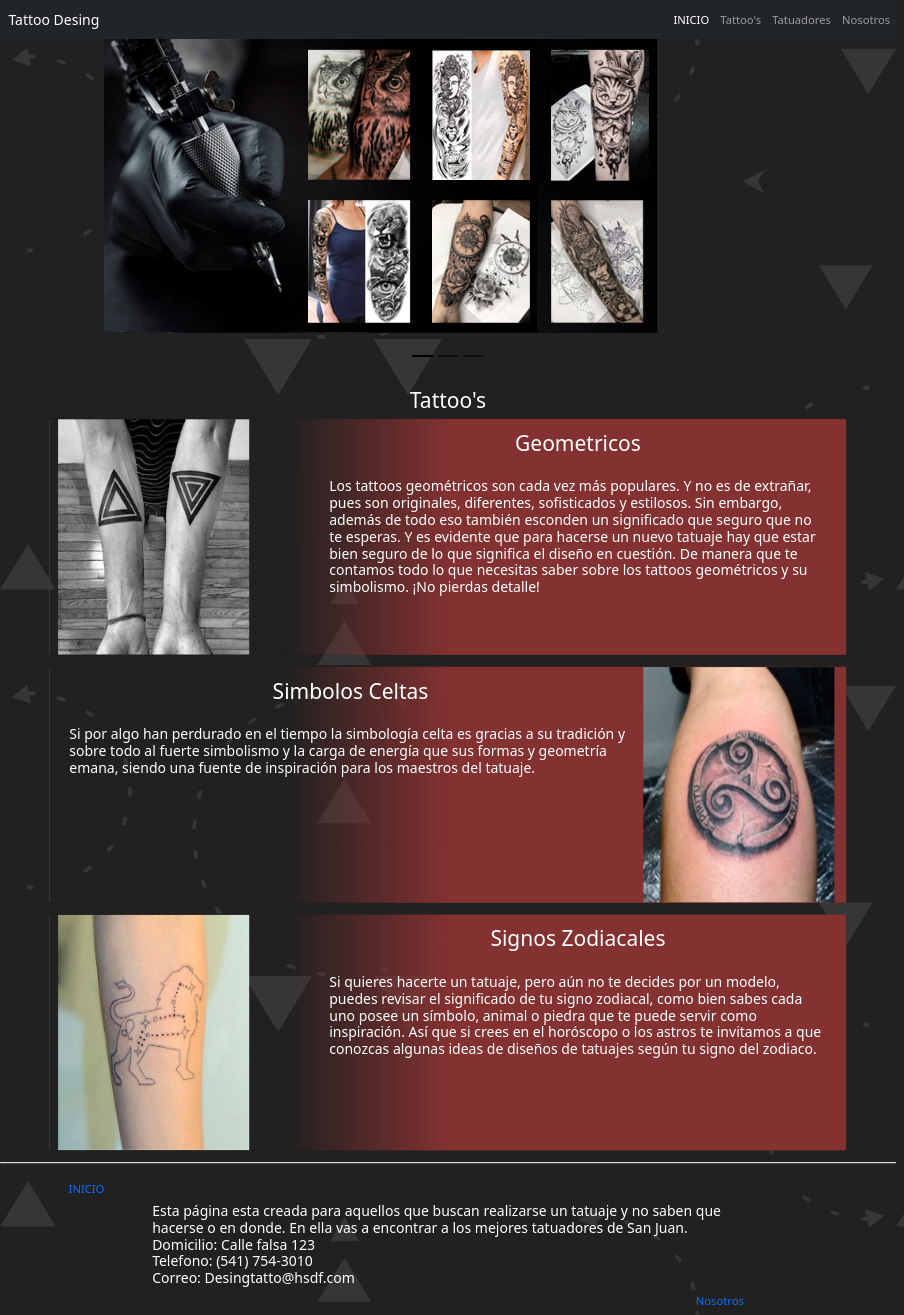
Repository: Vladimir-22/TatooDesign
Page: index.html
An editor plug-in stored every save of this project. The page is shown before and after the next save, followed by the edit.
The browser window is 1280 px wide. The page is 1292 px wide, so the pictures cover 1292 px, including what lies to the right of the window. The pictures show the whole page, at 70% of full size.
Some web libraries are served in a nearby version.

Above is the page before, as saved 2021-05-19 22:57:25.

### index.html
<!DOCTYPE html>
<html lang="es">
  <head>
    <meta charset="UTF-8" />
    <meta http-equiv="X-UA-Compatible" content="IE=edge" />
    <meta name="viewport" content="width=device-width, initial-scale=1.0" />
    <link
      href="https://cdn.jsdelivr.net/npm/bootstrap@5.0.0-beta3/dist/css/bootstrap.min.css"
      rel="stylesheet"
      integrity="sha384-eOJMYsd53ii+scO/bJGFsiCZc+5NDVN2yr8+0RDqr0Ql0h+rP48ckxlpbzKgwra6"
      crossorigin="anonymous"
    />
    <script
      src="https://cdn.jsdelivr.net/npm/bootstrap@5.0.0-beta3/dist/js/bootstrap.bundle.min.js"
      integrity="sha384-JEW9xMcG8R+pH31jmWH6WWP0WintQrMb4s7ZOdauHnUtxwoG2vI5DkLtS3qm9Ekf"
      crossorigin="anonymous"
    ></script>
    <script
      src="https://cdn.jsdelivr.net/npm/bootstrap@5.0.0-beta3/dist/js/bootstrap.bundle.min.js"
      integrity="sha384-JEW9xMcG8R+pH31jmWH6WWP0WintQrMb4s7ZOdauHnUtxwoG2vI5DkLtS3qm9Ekf"
      crossorigin="anonymous"
    ></script>
    <script
      src="https://cdn.jsdelivr.net/npm/@popperjs/core@2.9.1/dist/umd/popper.min.js"
      integrity="sha384-SR1sx49pcuLnqZUnnPwx6FCym0wLsk5JZuNx2bPPENzswTNFaQU1RDvt3wT4gWFG"
      crossorigin="anonymous"
    ></script>
    <script
      src="https://cdn.jsdelivr.net/npm/bootstrap@5.0.0-beta3/dist/js/bootstrap.min.js"
      integrity="sha384-j0CNLUeiqtyaRmlzUHCPZ+Gy5fQu0dQ6eZ/xAww941Ai1SxSY+0EQqNXNE6DZiVc"
      crossorigin="anonymous"
    ></script>
    <link
      rel="stylesheet"
      href="https://use.fontawesome.com/releases/v5.8.1/css/all.css"
      integrity="sha384-50oBUHEmvpQ+1lW4y57PTFmhCaXp0ML5d60M1M7uH2+nqUivzIebhndOJK28anvf"
      crossorigin="anonymous"
    />
    <link rel="stylesheet" href="css/styles.css" />
    <title>Tattoo Desing</title>
  </head>

  <body>
    <nav class="navbar navbar-expand-lg navbar-dark bg-dark">
      <div class="container-fluid">
        <!-- <i class="fas fa-bars"></i> -->

        <div class="col-md-9">
          <a class="navbar-brand" href="#">Tattoo Desing</a>

          <button
            class="navbar-toggler"
            type="button"
            data-bs-toggle="collapse"
            data-bs-target="#navbarNav"
            aria-controls="navbarNav"
            aria-expanded="false"
            aria-label="Toggle navigation"
          >
            <span class="navbar-toggler-icon"></span>
          </button>
        </div>

        <div class="col-md-3 collapse navbar-collapse" id="navbarNav">
          <ul class="navbar-nav">
            <li class="nav-item">
              <a class="nav-link active" aria-current="page" href="#">INICIO</a>
            </li>
            <li class="nav-item">
              <a class="nav-link" href="tattoo's.html">Tattoo's</a>
            </li>
            <li class="nav-item">
              <a class="nav-link" href="tatuadores.html">Tatuadores</a>
            </li>
            <li class="nav-item">
              <a
                class="nav-link"
                href="nosotros.html"
                tabindex="-1"
                aria-disabled="true"
                >Nosotros</a
              >
            </li>
          </ul>
        </div>
      </div>
    </nav>

    <div class="container">
      <div class="row" id="carrusel">
        <div
          id="carouselExampleDark"
          class="carousel carousel-dark slide"
          data-bs-ride="carousel"
        >
          <div class="carousel-indicators">
            <button
              type="button"
              data-bs-target="#carouselExampleDark"
              data-bs-slide-to="0"
              class="active"
              aria-current="true"
              aria-label="Slide 1"
            ></button>
            <button
              type="button"
              data-bs-target="#carouselExampleDark"
              data-bs-slide-to="1"
              aria-label="Slide 2"
            ></button>
            <button
              type="button"
              data-bs-target="#carouselExampleDark"
              data-bs-slide-to="2"
              aria-label="Slide 3"
            ></button>
          </div>

          <div class="carousel-inner">
            <div class="carousel-item active" data-bs-interval="10000">
              <img
                id="imgCarrusel"
                src="./Agos/Carrusel/trae-tu-diseño.png"
                class="d-block w-20"
                alt="..."
              />
              <!-- <div class="carousel-caption d-none d-md-block">
                            <h5>First slide label</h5>
                            <p>Some representative placeholder content for the first slide.</p>
                        </div> -->
            </div>
            <div class="carousel-item" data-bs-interval="4000">
              <img
                id="imgCarrusel"
                src="./Agos/Carrusel/Tendencias.png"
                class="d-block w-20"
                alt="..."
              />
              <!-- <div class="carousel-caption d-none d-md-block">
                            <h5>Second slide label</h5>
                            <p>Some representative placeholder content for the second slide.</p>
                        </div> -->
            </div>
            <div class="carousel-item" data-bs-interval="2000">
              <img
                id="imgCarrusel"
                src="./Agos/Carrusel/Tatuadores-banner.png"
                class="d-block w-20"
                alt="..."
              />
              <!-- <div class="carousel-caption d-none d-md-block">
                            <h5>Third slide label</h5>
                            <p>Some representative placeholder content for the third slide.</p>
                        </div> -->
            </div>
          </div>

          <!-- <button class="carousel-control-prev" type="button" data-bs-target="#carouselExampleDark" data-bs-slide="prev">
                  <span class="carousel-control-prev-icon" aria-hidden="true"></span>
                  <span class="visually-hidden">Previous</span>
                </button>
                <button class="carousel-control-next" type="button" data-bs-target="#carouselExampleDark" data-bs-slide="next">
                  <span class="carousel-control-next-icon" aria-hidden="true"></span>
                  <span class="visually-hidden">Next</span>
                </button> -->
        </div>
      </div>

      <div class="row section2 text-center">
        <h1>Tattoo's</h1>
      </div>

      <div class="row">
        <!-- <div class="card mb-3">
                <img src="./Pedro/Categorías - Signos Zodiacales/Simbolos Celtas.PNG" class="card-img-top" alt="...">
                <div class="card-body">
                    <h5 class="card-title">Card title</h5>
                    <p class="card-text">This is a wider card with supporting text below as a natural lead-in to additional content. This content is a little bit longer.</p>
                    <p class="card-text"><small class="text-muted">Last updated 3 mins ago</small></p>
                </div>
            </div> -->

        <div id="Geometricos" class="card mb-3" style="max-width: auto">
          <div class="row g-0">
            <div class="col-md-4">
              <img
                id="imagen"
                src="./Pedro/Categorías - descripcion inicio/Tatuajes Geometricos.jpg"
                alt="..."
              />
            </div>
            <div class="col-md-8">
              <div class="card-body">
                <h1 class="card-title">Geometricos</h1>
                <br />
                <h5 id="descrip-gral" class="card-text">
                  Los tattoos geométricos son cada vez más populares. Y no es de
                  extrañar, pues son originales, diferentes, sofisticados y
                  estilosos. Sin embargo, además de todo eso también esconden un
                  significado que seguro que no te esperas. Y es evidente que
                  para hacerse un nuevo tatuaje hay que estar bien seguro de lo
                  que significa el diseño en cuestión. De manera que te contamos
                  todo lo que necesitas saber sobre los tattoos geométricos y su
                  simbolismo. ¡No pierdas detalle!
                </h5>
                <!-- <p class="card-text"><small class="text-muted">Última actualización 3 minutos</small></p> -->
              </div>
            </div>
          </div>
        </div>

        <div id="Celtas" class="card mb-3" style="max-width: auto">
          <div class="row g-0">
            <div class="col-md-9">
              <div class="card-body">
                <h1 class="card-title">Simbolos Celtas</h1>
                <br />
                <h5 id="descrip-gral" class="card-text">
                  Si por algo han perdurado en el tiempo la simbología celta es
                  gracias a su tradición y sobre todo al fuerte simbolismo y la
                  carga de energía que sus formas y geometría emana, siendo una
                  fuente de inspiración para los maestros del tatuaje.
                </h5>
                <!-- <p class="card-text"><small class="text-muted">Última actualización 3 minutos</small></p> -->
              </div>
            </div>
            <div class="col-md-3">
              <img
                id="imagen"
                src="./Pedro/Categorías - descripcion inicio/Simbolos Celtas.jpg"
                alt="..."
              />
            </div>
          </div>
        </div>

        <div id="Zodiacales" class="card mb-3" style="max-width: auto">
          <div class="row g-0">
            <div class="col-md-4">
              <img
                id="imagen"
                src="./Pedro/Categorías - descripcion inicio/Signos Zodiacales.jpg"
                alt="..."
              />
            </div>
            <div class="col-md-8">
              <div class="card-body">
                <h1 class="card-title">Signos Zodiacales</h1>
                <br />
                <h5 id="descrip-gral" class="card-text">
                  Si quieres hacerte un tatuaje, pero aún no te decides por un
                  modelo, puedes revisar el significado de tu signo zodiacal,
                  como bien sabes cada uno posee un símbolo, animal o piedra que
                  te puede servir como inspiración. Así que si crees en el
                  horóscopo o los astros te invitamos a que conozcas algunas
                  ideas de diseños de tatuajes según tu signo del zodiaco.
                </h5>
                <!-- <p class="card-text"><small class="text-muted">Última actualización 3 minutos</small></p> -->
              </div>
            </div>
          </div>
        </div>
      </div>
    </div>
  </body>
  <footer>
    <div class="footer" id="footer">
      <div id="footer" class="card mb-3" style="auto"></div>
        <div class="container">
            <div class="row">
                <div class="col">
                        <a class="nav-link active" aria-current="page" href="#">INICIO</a>
                    </div>
                </div>
                <div class="col-md-2"></div>
            </div>
            <div class="row">
                <div class="col"></div>
                <div class="col-md-8">
                    <h5 id="descrip-gral" class="card-text">
                        Esta página esta creada para aquellos que buscan realizarse un
                        tatuaje y no saben que hacerse o en donde. En ella vas a encontrar a los mejores tatuadores de San Juan.<br>
                        Domicilio: Calle falsa 123<br>
                        Telefono: (541) 754-3010<br>
                        Correo: Desingtatto@hsdf.com<br>
                    </h5>
                </div>
                <div class="col"></div>
            </div>
            <div class="row">
                <div class="col"></div>
                <div class="col"></div>
                <div class="col-md-3">
                    <a class="nav-link" href="nosotros.html" tabindex="-1" aria-disabled="true" >Nosotros</a>
                </div>
            </div>
      </div>
    </div>
  </footer>
</html>

### css/styles.css
body {
    margin: 0 !important;
    padding: 0;
    position: relative;
    /*width: 1440px;
    height: 1024px;*/
    background: #212121;
    background-image: url(../Daniela/Background.png);
    background-position: center;
    background-size: contain;
    /* font-family: NanumGothic; */
}

.section2 {
    margin-top: 7%;
    color: white;
}

.section3 {
    margin-top: 3%;
    color: white;
}

h1 {
    font-size: 30px;
}

h2 {
    font-size: 21px;
}

h3 {
    font-size: 18px;
}

h1,
h2,
h3 {
    color: white;
    text-align: center;
}
h6{
    color: white;
    text-align: center;
    font-weight:100;

}


/*.card img {
    width: 30%;
    height: 30%;
    align-content: center;
} */

nav {
    position: absolute;
    left: 0% !important;
    right: 0% !important;
    top: 0% !important;
    bottom: 0% !important;
    background: #000000 !important;
}

.carousel-indicators {
    left: 0% !important;
    right: 0% !important;
    top: 105% !important;
    bottom: 0% !important;
    margin-top: 0% !important;
}

.carousel-inner {
    left: 6% !important;
    right: 0% !important;
    top: 0% !important;
}



#Geometricos,
#Celtas,
#Zodiacales{
    background: linear-gradient(270deg, #833131 50%, rgba(131, 49, 49, 0) 70.34%);
    border-radius: 4px;
}

#nosotros
{
    background: none;
}

#descrip-gral {
    color: white;
}

#imagen {
    width: 273px;
    height: 336px;
}

#Celtas #imagen {
    right: 100% !important;
    top: 660px;
}

After the next save:
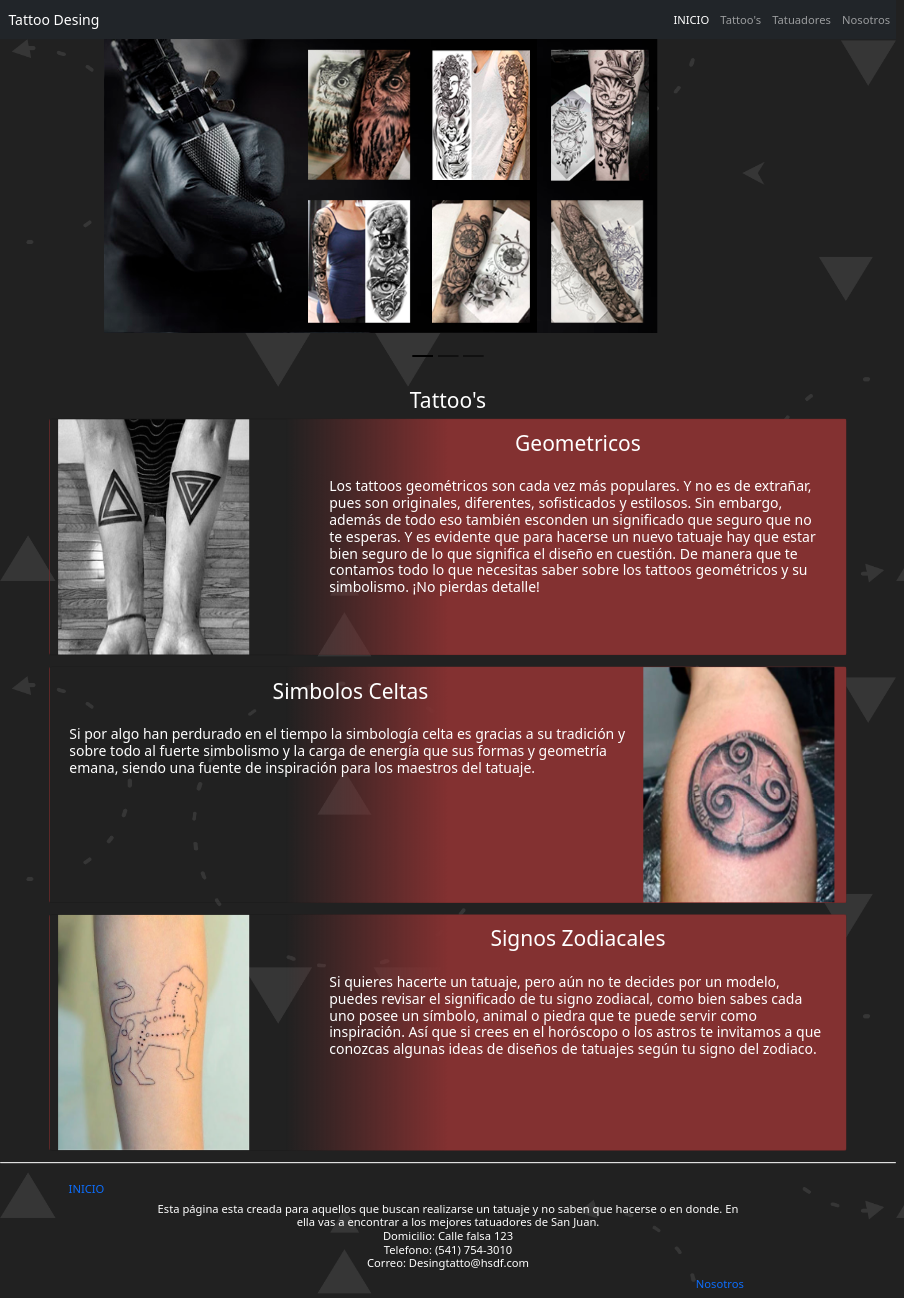
Saved 3 s later.
--- a/index.html
+++ b/index.html
@@ -277,13 +277,13 @@
             <div class="row">
                 <div class="col"></div>
                 <div class="col-md-8">
-                    <h5 id="descrip-gral" class="card-text">
+                    <h6 id="descrip-gral" class="card-text">
                         Esta página esta creada para aquellos que buscan realizarse un
                         tatuaje y no saben que hacerse o en donde. En ella vas a encontrar a los mejores tatuadores de San Juan.<br>
                         Domicilio: Calle falsa 123<br>
                         Telefono: (541) 754-3010<br>
                         Correo: Desingtatto@hsdf.com<br>
-                    </h5>
+                    </h6>
                 </div>
                 <div class="col"></div>
             </div>
